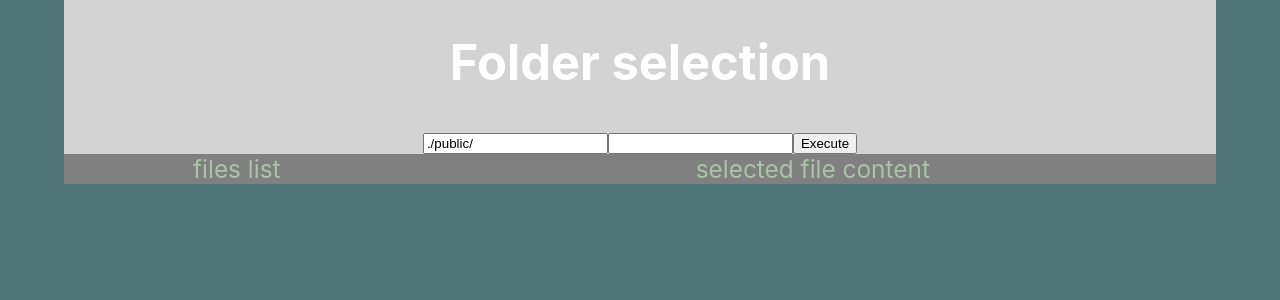
Repository: idubi/DevopsCourse
Page: / (app in lesson03/assignment/client/)
The author's editor kept a copy of each file at every save. The page is drawn from the files as they stood at one save, then again after the next save.
The browser window is 1280 px wide. The pictures show the whole page.
The project was rebuilt for these pictures with package versions that can differ from the ones it lists, and the page was loaded fresh each time.

Above is the page before, as saved 2023-06-15 03:34:38.

After the next save:
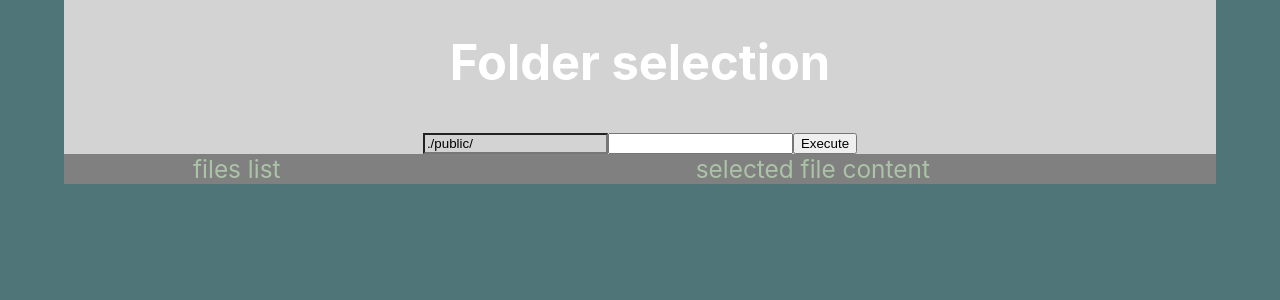
Saved 6 s later.
--- a/lesson03/assignment/client/src/components/FilesBrowser.js
+++ b/lesson03/assignment/client/src/components/FilesBrowser.js
@@ -62,6 +62,6 @@ const RightLowerDiv = styled.div`
 `;
 const Label = styled.input`
   size: 12pc;
-  background: light-gray;
+  background: lightgray;
 `;
 export default FileBrowser;
